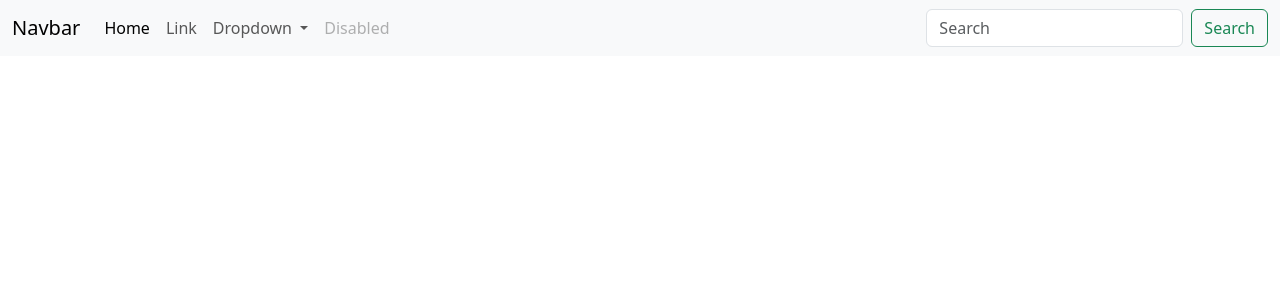
Repository: gitDominusoft/NewProject
Page: index.html
An editor plug-in stored every save of this project. The page is shown before and after the next save, followed by the edit.
The browser window is 1280 px wide. The pictures show the whole page.

Above is the page before, as saved 2024-12-09 14:50:48.

### index.html
<!DOCTYPE html>
<html lang="en">

<head>
    <meta charset="UTF-8">
    <meta name="viewport" content="width=device-width, initial-scale=1.0">
    <title>Document</title>
    <!-- CSS bootstrap -->
    <link rel="stylesheet" href="css/bootstrap.min.css">
    <!-- CSS  -->
    <link rel="stylesheet" href="css/style.css">
</head>

<body>

    <!-- nis navbar -->
    <nav class="navbar navbar-expand-lg bg-body-tertiary">
        <div class="container-fluid">
            <a class="navbar-brand" href="#">Navbar</a>
            <button class="navbar-toggler" type="button" data-bs-toggle="collapse"
                data-bs-target="#navbarSupportedContent" aria-controls="navbarSupportedContent" aria-expanded="false"
                aria-label="Toggle navigation">
                <span class="navbar-toggler-icon"></span>
            </button>
            <div class="collapse navbar-collapse" id="navbarSupportedContent">
                <ul class="navbar-nav me-auto mb-2 mb-lg-0">
                    <li class="nav-item">
                        <a class="nav-link active" aria-current="page" href="#">Home</a>
                    </li>
                    <li class="nav-item">
                        <a class="nav-link" href="#">Link</a>
                    </li>
                    <li class="nav-item dropdown">
                        <a class="nav-link dropdown-toggle" href="#" role="button" data-bs-toggle="dropdown"
                            aria-expanded="false">
                            Dropdown
                        </a>
                        <ul class="dropdown-menu">
                            <li><a class="dropdown-item" href="#">Action</a></li>
                            <li><a class="dropdown-item" href="#">Another action</a></li>
                            <li>
                                <hr class="dropdown-divider">
                            </li>
                            <li><a class="dropdown-item" href="#">Something else here</a></li>
                        </ul>
                    </li>
                    <li class="nav-item">
                        <a class="nav-link disabled" aria-disabled="true">Disabled</a>
                    </li>
                </ul>
                <form class="d-flex" role="search">
                    <input class="form-control me-2" type="search" placeholder="Search" aria-label="Search">
                    <button class="btn btn-outline-success" type="submit">Search</button>
                </form>
            </div>
        </div>
    </nav>
    <!-- fund navbar -->

    <!-- JS Bootstrap -->
    <script src="js/bootstrap.bundle.min.js"></script>
    <!-- JS -->
    <script src="js/index.js"></script>
</body>

</html>

Loaded but not shown: css/bootstrap.min.css (library); js/bootstrap.bundle.min.js (library); js/index.js (no stored copy; drawn as an empty file); css/style.css (no stored copy; drawn as an empty file)

After the next save:
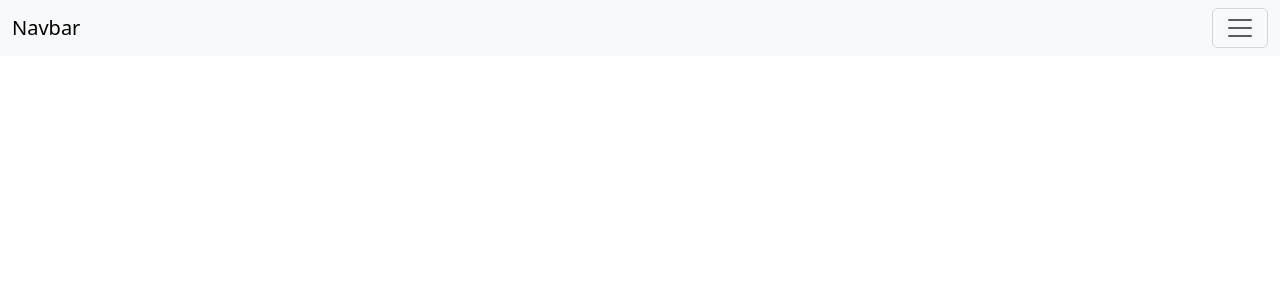
Saved 98 s later.
--- a/index.html
+++ b/index.html
@@ -14,7 +14,7 @@
 <body>
 
     <!-- nis navbar -->
-    <nav class="navbar navbar-expand-lg bg-body-tertiary">
+    <nav class="navbar  bg-body-tertiary">
         <div class="container-fluid">
             <a class="navbar-brand" href="#">Navbar</a>
             <button class="navbar-toggler" type="button" data-bs-toggle="collapse"

After the save that followed:
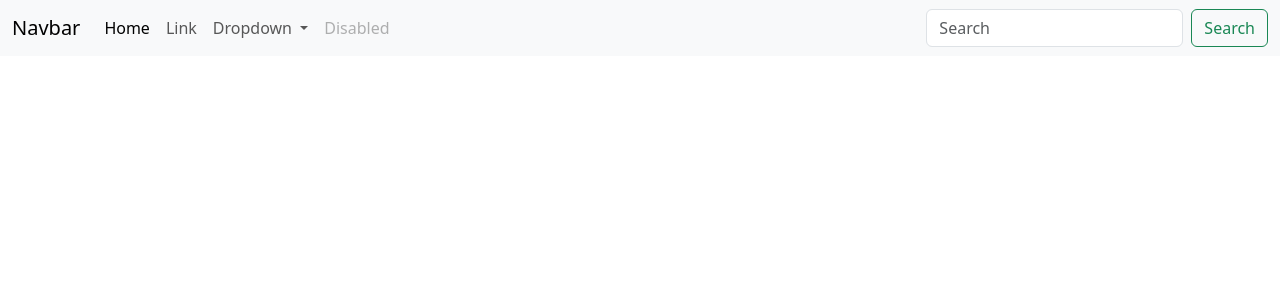
Saved 28 s later.
--- a/index.html
+++ b/index.html
@@ -14,7 +14,7 @@
 <body>
 
     <!-- nis navbar -->
-    <nav class="navbar  bg-body-tertiary">
+    <nav class="navbar navbar-expand-lg bg-body-tertiary">
         <div class="container-fluid">
             <a class="navbar-brand" href="#">Navbar</a>
             <button class="navbar-toggler" type="button" data-bs-toggle="collapse"
